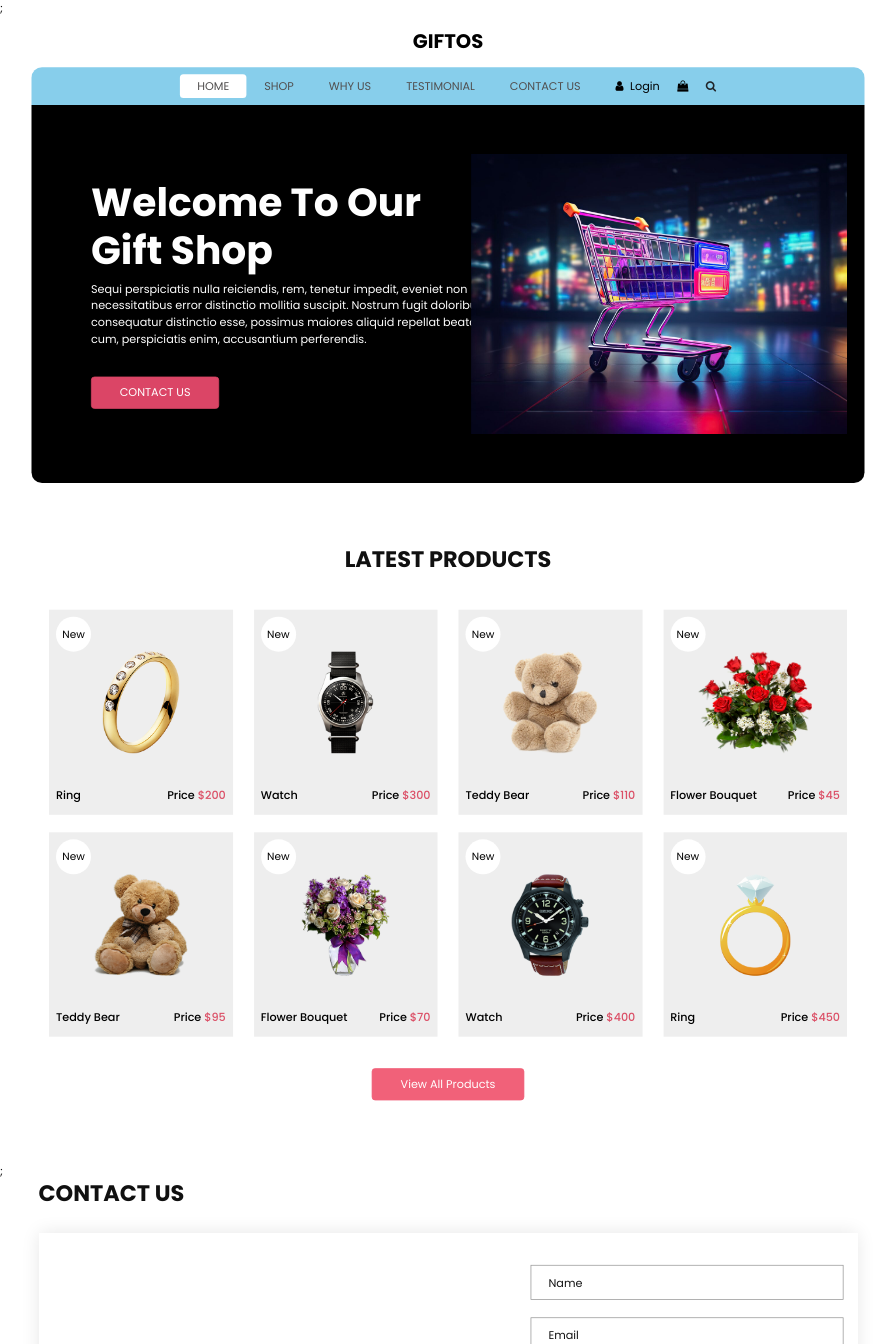
Repository: tanimtanzilislam/ecommerce_project_laravel
Page: http://localhost/
The author's editor kept a copy of each file at every save. The page is drawn from the files as they stood at one save, then again after the next save.
The browser window is 1280 px wide. The pictures show the part of the page from y = 0 to 1920 px (the page is 2902 px tall), at 70% of full size.
Pictures or frames that could not be fetched are drawn as grey boxes. The page is served by the project's Laravel application, run on PHP 8.4 with Laravel 12. Other server files are loaded and not shown.

Above is the page before, as saved 2025-06-14 17:02:56.

### routes/web.php
<?php

use App\Http\Controllers\ProfileController;
use Illuminate\Support\Facades\Route;
use App\Http\Controllers\HomeController;
route::get('/', [HomeController::class,'home']
);

Route::get('/dashboard', function () {
    return view('dashboard');
})->middleware(['auth', 'verified'])->name('dashboard');

Route::middleware('auth')->group(function () {
    Route::get('/profile', [ProfileController::class, 'edit'])->name('profile.edit');
    Route::patch('/profile', [ProfileController::class, 'update'])->name('profile.update');
    Route::delete('/profile', [ProfileController::class, 'destroy'])->name('profile.destroy');
});

require __DIR__.'/auth.php';

route::get('admin/dashboard',[HomeController::class,'index']);
route::get('admin/dashboard',[HomeController::class,'index'])->middleware(['auth','admin']);

### app/Http/Controllers/HomeController.php
<?php

namespace App\Http\Controllers;

use Illuminate\Http\Request;


class HomeController extends Controller
{
    public function index(){
        return view('admin.index');
    }



    public function home(){
       return view('home.index');

        }

}

### resources/views/home/index.blade.php
<!DOCTYPE html>
<html>

<head>
  @include('home.css');
</head>

<body>
  <div class="hero_area">
    <!-- header section strats -->
   @include('home.header')
    <!-- end header section -->
    <!-- slider section -->
@include('home.slider')

    <!-- end slider section -->
  </div>
  <!-- end hero area -->

  <!-- shop section -->

  @include('home.product');

  <!-- end shop section -->







  <!-- contact section -->

  @include('home.contact')

  <!-- end contact section -->



  <!-- info section -->
@include('home.footer');

</body>

</html>

### resources/views/home/css.blade.php
<!-- Basic -->
  <meta charset="utf-8" />
  <meta http-equiv="X-UA-Compatible" content="IE=edge" />
  <!-- Mobile Metas -->
  <meta name="viewport" content="width=device-width, initial-scale=1, shrink-to-fit=no" />
  <!-- Site Metas -->
  <meta name="keywords" content="" />
  <meta name="description" content="" />
  <meta name="author" content="" />
  <link rel="shortcut icon" href="images/favicon.png" type="image/x-icon">

  <title>
    Giftos
  </title>

  <!-- slider stylesheet -->
  <link rel="stylesheet" type="text/css" href="https://cdnjs.cloudflare.com/ajax/libs/OwlCarousel2/2.3.4/assets/owl.carousel.min.css" />

  <!-- bootstrap core css -->
  <link rel="stylesheet" type="text/css" href="{{asset('css/bootstrap.css')}}" />

  <!-- Custom styles for this template -->
  <link href="{{asset('css/style.css')}}" rel="stylesheet" />
  <!-- responsive style -->
  <link href="{{asset('css/responsive.css')}}" rel="stylesheet" />

### resources/views/home/header.blade.php
 <header class="header_section">
      <nav class="navbar navbar-expand-lg custom_nav-container ">
        <a class="navbar-brand" href="index.html">
          <span>
            Giftos
          </span>
        </a>
        <button class="navbar-toggler" type="button" data-toggle="collapse" data-target="#navbarSupportedContent" aria-controls="navbarSupportedContent" aria-expanded="false" aria-label="Toggle navigation">
          <span class=""></span>
        </button>

        <div class="collapse navbar-collapse" id="navbarSupportedContent">
          <ul class="navbar-nav  ">
            <li class="nav-item active">
              <a class="nav-link" href="index.html">Home <span class="sr-only">(current)</span></a>
            </li>
            <li class="nav-item">
              <a class="nav-link" href="shop.html">
                Shop
              </a>
            </li>
            <li class="nav-item">
              <a class="nav-link" href="why.html">
                Why Us
              </a>
            </li>
            <li class="nav-item">
              <a class="nav-link" href="testimonial.html">
                Testimonial
              </a>
            </li>
            <li class="nav-item">
              <a class="nav-link" href="contact.html">Contact Us</a>
            </li>
          </ul>
          <div class="user_option">
            <a href="{{url('/login')}}">
              <i class="fa fa-user" aria-hidden="true"></i>
              <span>
                Login
              </span>
            </a>
            <a href="">
              <i class="fa fa-shopping-bag" aria-hidden="true"></i>
            </a>
            <form class="form-inline ">
              <button class="btn nav_search-btn" type="submit">
                <i class="fa fa-search" aria-hidden="true"></i>
              </button>
            </form>
          </div>
        </div>
      </nav>
    </header>

### resources/views/home/slider.blade.php
 <section class="slider_section">
      <div class="slider_container">
        <div id="carouselExampleIndicators" class="carousel slide" data-ride="carousel">
          <div class="carousel-inner">
            <div class="carousel-item active">
              <div class="container-fluid">
                <div class="row">
                  <div class="col-md-7">
                    <div class="detail-box">
                      <h1>
                        Welcome To Our <br>
                        Gift Shop
                      </h1>
                      <p>
                        Sequi perspiciatis nulla reiciendis, rem, tenetur impedit, eveniet non necessitatibus error distinctio mollitia suscipit. Nostrum fugit doloribus consequatur distinctio esse, possimus maiores aliquid repellat beatae cum, perspiciatis enim, accusantium perferendis.
                      </p>
                      <a href="">
                        Contact Us
                      </a>
                    </div>
                  </div>
                  <div class="col-md-5 ">
                    <div class="img-box">
                      <img style="width:600px" src="images/image3.jpeg" alt="" />
                    </div>
                  </div>
                </div>
              </div>
            </div>

          </div>

        </div>
      </div>
    </section>

### resources/views/home/product.blade.php
<section class="shop_section layout_padding">
    <div class="container">
      <div class="heading_container heading_center">
        <h2>
          Latest Products
        </h2>
      </div>
      <div class="row">
        <div class="col-sm-6 col-md-4 col-lg-3">
          <div class="box">
            <a href="">
              <div class="img-box">
                <img src="images/p1.png" alt="">
              </div>
              <div class="detail-box">
                <h6>
                  Ring
                </h6>
                <h6>
                  Price
                  <span>
                    $200
                  </span>
                </h6>
              </div>
              <div class="new">
                <span>
                  New
                </span>
              </div>
            </a>
          </div>
        </div>
        <div class="col-sm-6 col-md-4 col-lg-3">
          <div class="box">
            <a href="">
              <div class="img-box">
                <img src="images/p2.png" alt="">
              </div>
              <div class="detail-box">
                <h6>
                  Watch
                </h6>
                <h6>
                  Price
                  <span>
                    $300
                  </span>
                </h6>
              </div>
              <div class="new">
                <span>
                  New
                </span>
              </div>
            </a>
          </div>
        </div>
        <div class="col-sm-6 col-md-4 col-lg-3">
          <div class="box">
            <a href="">
              <div class="img-box">
                <img src="images/p3.png" alt="">
              </div>
              <div class="detail-box">
                <h6>
                  Teddy Bear
                </h6>
                <h6>
                  Price
                  <span>
                    $110
                  </span>
                </h6>
              </div>
              <div class="new">
                <span>
                  New
                </span>
              </div>
            </a>
          </div>
        </div>
        <div class="col-sm-6 col-md-4 col-lg-3">
          <div class="box">
            <a href="">
              <div class="img-box">
                <img src="images/p4.png" alt="">
              </div>
              <div class="detail-box">
                <h6>
                  Flower Bouquet
                </h6>
                <h6>
                  Price
                  <span>
                    $45
                  </span>
                </h6>
              </div>
              <div class="new">
                <span>
                  New
                </span>
              </div>
            </a>
          </div>
        </div>
        <div class="col-sm-6 col-md-4 col-lg-3">
          <div class="box">
            <a href="">
              <div class="img-box">
                <img src="images/p5.png" alt="">
              </div>
              <div class="detail-box">
                <h6>
                  Teddy Bear
                </h6>
                <h6>
                  Price
                  <span>
                    $95
                  </span>
                </h6>
              </div>
              <div class="new">
                <span>
                  New
                </span>
              </div>
            </a>
          </div>
        </div>
        <div class="col-sm-6 col-md-4 col-lg-3">
          <div class="box">
            <a href="">
              <div class="img-box">
                <img src="images/p6.png" alt="">
              </div>
              <div class="detail-box">
                <h6>
                  Flower Bouquet
                </h6>
                <h6>
                  Price
                  <span>
                    $70
                  </span>
                </h6>
              </div>
              <div class="new">
                <span>
                  New
                </span>
              </div>
            </a>
          </div>
        </div>
        <div class="col-sm-6 col-md-4 col-lg-3">
          <div class="box">
            <a href="">
              <div class="img-box">
                <img src="images/p7.png" alt="">
              </div>
              <div class="detail-box">
                <h6>
                  Watch
                </h6>
                <h6>
                  Price
                  <span>
                    $400
                  </span>
                </h6>
              </div>
              <div class="new">
                <span>
                  New
                </span>
              </div>
            </a>
          </div>
        </div>
        <div class="col-sm-6 col-md-4 col-lg-3">
          <div class="box">
            <a href="">
              <div class="img-box">
                <img src="images/p8.png" alt="">
              </div>
              <div class="detail-box">
                <h6>
                  Ring
                </h6>
                <h6>
                  Price
                  <span>
                    $450
                  </span>
                </h6>
              </div>
              <div class="new">
                <span>
                  New
                </span>
              </div>
            </a>
          </div>
        </div>
      </div>
      <div class="btn-box">
        <a href="">
          View All Products
        </a>
      </div>
    </div>
  </section>

### resources/views/home/contact.blade.php
<section class="contact_section ">
    <div class="container px-0">
      <div class="heading_container ">
        <h2 class="">
          Contact Us
        </h2>
      </div>
    </div>
    <div class="container container-bg">
      <div class="row">
        <div class="col-lg-7 col-md-6 px-0">
          <div class="map_container">
            <div class="map-responsive">
              <iframe src="https://www.google.com/maps/embed/v1/place?key=AIzaSyA0s1a7phLN0iaD6-UE7m4qP-z21pH0eSc&q=Eiffel+Tower+Paris+France" width="600" height="300" frameborder="0" style="border:0; width: 100%; height:100%" allowfullscreen></iframe>
            </div>
          </div>
        </div>
        <div class="col-md-6 col-lg-5 px-0">
          <form action="#">
            <div>
              <input type="text" placeholder="Name" />
            </div>
            <div>
              <input type="email" placeholder="Email" />
            </div>
            <div>
              <input type="text" placeholder="Phone" />
            </div>
            <div>
              <input type="text" class="message-box" placeholder="Message" />
            </div>
            <div class="d-flex ">
              <button>
                SEND
              </button>
            </div>
          </form>
        </div>
      </div>
    </div>
  </section>

  <br><br><br>

### resources/views/home/footer.blade.php
 <section class="info_section  layout_padding2-top">
    <div class="social_container">
      <div class="social_box">
        <a href="">
          <i class="fa fa-facebook" aria-hidden="true"></i>
        </a>
        <a href="">
          <i class="fa fa-twitter" aria-hidden="true"></i>
        </a>
        <a href="">
          <i class="fa fa-instagram" aria-hidden="true"></i>
        </a>
        <a href="">
          <i class="fa fa-youtube" aria-hidden="true"></i>
        </a>
      </div>
    </div>
    <div class="info_container ">
      <div class="container">
        <div class="row">
          <div class="col-md-6 col-lg-3">
            <h6>
              ABOUT US
            </h6>
            <p>
              Lorem ipsum dolor sit amet, consectetur adipiscing elit, sed doLorem ipsum dolor sit amet, consectetur adipiscing elit, sed doLorem ipsum dolor sit amet,
            </p>
          </div>
          <div class="col-md-6 col-lg-3">
            <div class="info_form ">
              <h5>
                Newsletter
              </h5>
              <form action="#">
                <input type="email" placeholder="Enter your email">
                <button>
                  Subscribe
                </button>
              </form>
            </div>
          </div>
          <div class="col-md-6 col-lg-3">
            <h6>
              NEED HELP
            </h6>
            <p>
              Lorem ipsum dolor sit amet, consectetur adipiscing elit, sed doLorem ipsum dolor sit amet, consectetur adipiscing elit, sed doLorem ipsum dolor sit amet,
            </p>
          </div>
          <div class="col-md-6 col-lg-3">
            <h6>
              CONTACT US
            </h6>
            <div class="info_link-box">
              <a href="">
                <i class="fa fa-map-marker" aria-hidden="true"></i>
                <span> Gb road 123 london Uk </span>
              </a>
              <a href="">
                <i class="fa fa-phone" aria-hidden="true"></i>
                <span>+01 12345678901</span>
              </a>
              <a href="">
                <i class="fa fa-envelope" aria-hidden="true"></i>
                <span> demo@gmail.com</span>
              </a>
            </div>
          </div>
        </div>
      </div>
    </div>
    <!-- footer section -->
    <footer class=" footer_section">
      <div class="container">
        <p>
          &copy; <span id="displayYear"></span> All Rights Reserved By
          <a href="https://html.design/">Web Tech Knowledge</a>
        </p>
      </div>
    </footer>
    <!-- footer section -->

  </section>

  <!-- end info section -->


  <script src="{{asset('js/jquery-3.4.1.min.js')}}"></script>
  <script src="{{asset('js/bootstrap.js')}}"></script>
  <script src="{{asset('https://cdnjs.cloudflare.com/ajax/libs/OwlCarousel2/2.3.4/owl.carousel.min.js')}}">
  </script>
  <script src="{{asset('js/custom.js')}}"></script>

### public/css/responsive.css
@media (max-width: 1120px) {
    .saving_section .detail-box {
        padding: 0;
    }
}

@media (max-width: 992px) {
    .user_option {
        justify-content: center;
        margin-left: 0;
        margin-top: 10px;

    }

    .custom_nav-container {
        flex-direction: row;
    }

    .custom_nav-container .navbar-nav {
        align-items: center;
    }

    #navbarSupportedContent .navbar-nav .nav-link {
        margin: 5px 0;
    }

    .slider_section .detail-box {
        padding-left: 0;
    }

    .slider_section .detail-box h1 {
        font-size: 3rem;
    }

    .slider_section .img-box {
        padding: 0;
    }

    .saving_section .row {
        flex-direction: column-reverse;
    }

    .saving_section .detail-box {

        margin-bottom: 30px;
    }

    .client_section .box {
        margin: 15px 25px;
    }

    .client_section .carousel_btn-box {
        display: flex;
        justify-content: center;
        margin-top: 45px;
    }

    .client_section .carousel-control-prev,
    .client_section .carousel-control-next {
        position: unset;
        margin: 0 2.5px;
        width: 45px;
        height: 45px;
    }
}

@media (max-width: 768px) {
    .hero_area {
        padding: 0 25px;
    }

    .slider_section .img-box {
        margin-bottom: 45px;
    }

    .saving_section,
    .gift_section {
        padding-left: 25px;
        padding-right: 25px;
    }

    .gift_section .box {
        padding: 45px 0;
    }

    .gift_section .img-box {
        padding: 0 15px;
        margin-bottom: 45px;
    }

    .info_section .row>div {
        text-align: center;
        display: flex;
        flex-direction: column;
        align-items: center;

    }

    .info_section {
        margin: 0 25px 25px;
    }


}

@media (max-width: 576px) {
    .contact_section {
        padding-left: 25px;
        padding-right: 25px;
    }
}

@media (max-width: 480px) {

    .saving_section .detail-box,
    .gift_section .detail-box {
        padding: 0 5px;
    }
}

@media (max-width: 420px) {}

@media (max-width: 376px) {}

@media (min-width: 1200px) {
    .container {
        max-width: 1170px;
    }
}

Loaded but not shown: routes/auth.php (common file); app/Http/Controllers/Auth/EmailVerificationPromptController.php (common file); app/Http/Controllers/Controller.php (common file); app/Http/Controllers/Auth/VerifyEmailController.php (common file); public/css/bootstrap.css (library); public/css/font-awesome.min.css (library); public/js/jquery-3.4.1.min.js (library); public/js/bootstrap.js (library); public/js/custom.js (common file); public/css/style.css (856 lines, source omitted)

After the next save:
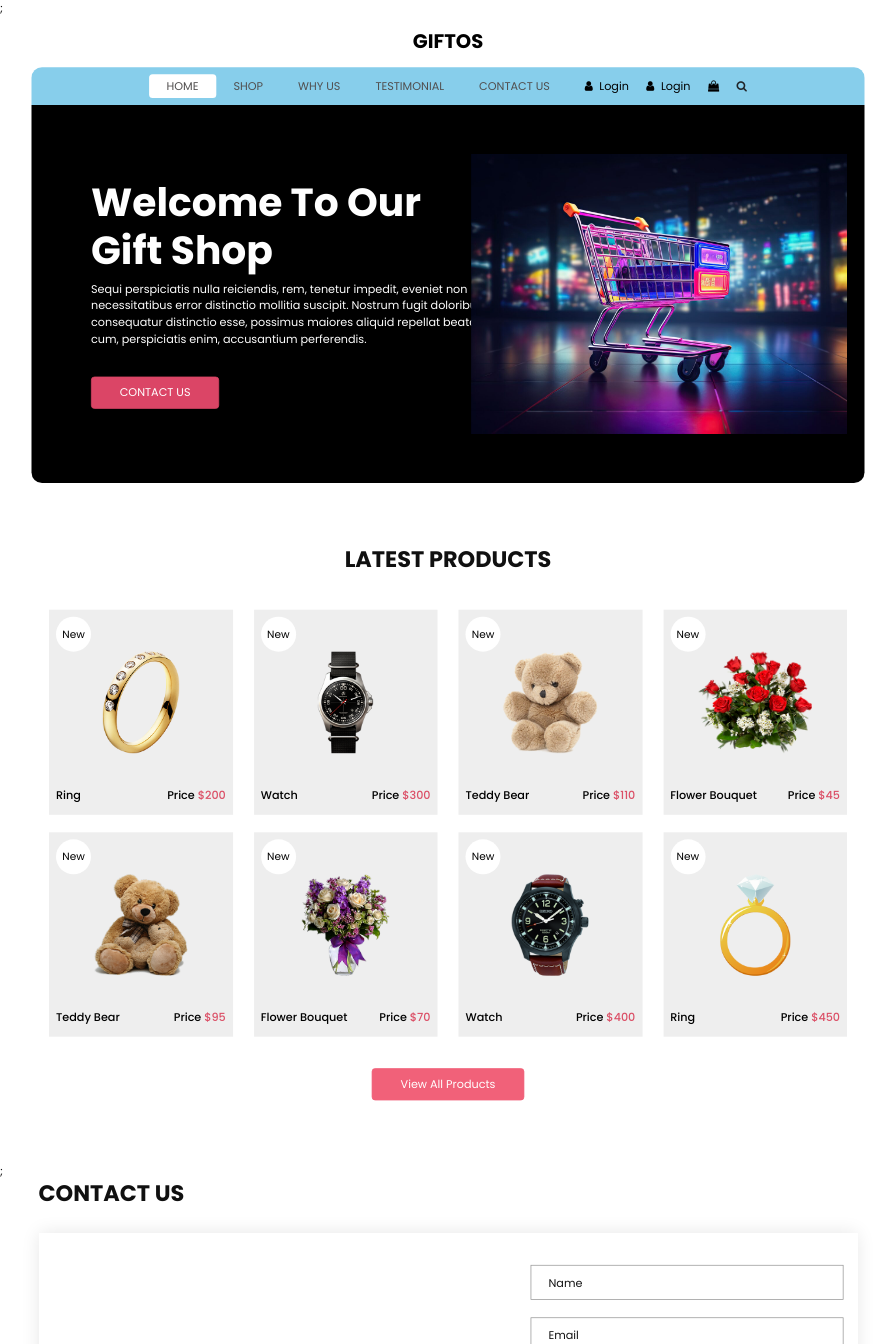
Saved 14 s later.
--- a/resources/views/home/header.blade.php
+++ b/resources/views/home/header.blade.php
@@ -40,6 +40,13 @@
                 Login
               </span>
             </a>
+
+            <a href="{{url('/login')}}">
+              <i class="fa fa-user" aria-hidden="true"></i>
+              <span>
+                Login
+              </span>
+            </a>
             <a href="">
               <i class="fa fa-shopping-bag" aria-hidden="true"></i>
             </a>
